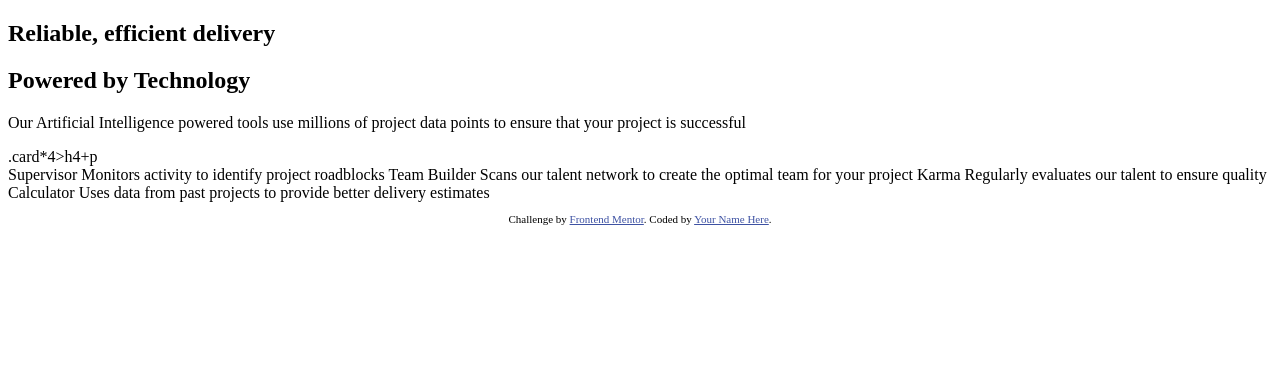
Repository: BuduCE/four-card-feature-section-master
Page: index.html
An editor plug-in stored every save of this project. The page is shown before and after a run of saves, followed by the edit.
The browser window is 1280 px wide. The pictures show the whole page.

Above is the page before, as saved 2023-06-01 21:27:16.

After the next 3 saves:
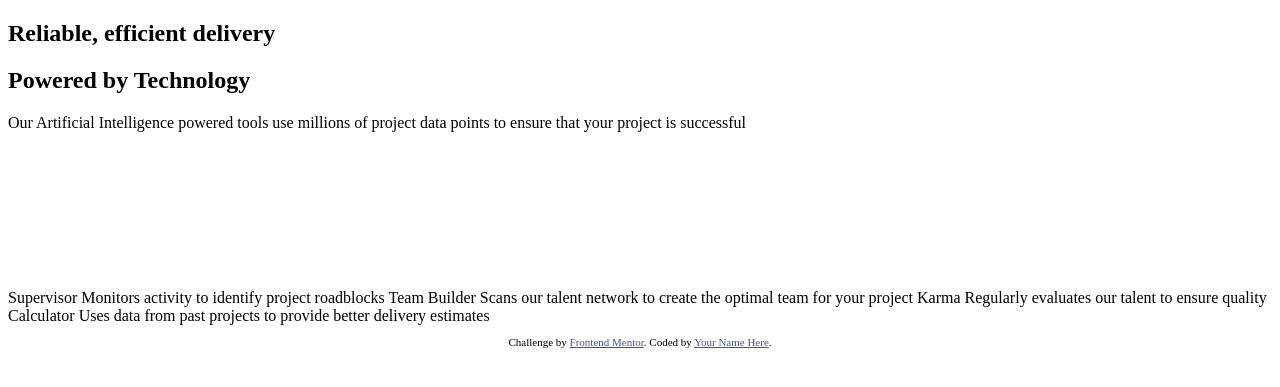
The 3 saves are shown as one change because they came seconds apart.
The last was saved 23 s later.
--- a/index.html
+++ b/index.html
@@ -23,7 +23,26 @@
 
   <div class="product_card">
     <div class="card_containers">
-      .card*4>h4+p
+      <div class="card">
+        <h4></h4>
+        <p></p>
+        <img src="" alt="">
+      </div>
+      <div class="card">
+        <h4></h4>
+        <p></p>
+        <img src="" alt="">
+      </div>
+      <div class="card">
+        <h4></h4>
+        <p></p>
+        <img src="" alt="">
+      </div>
+      <div class="card">
+        <h4></h4>
+        <p></p>
+        <img src="" alt="">
+      </div>
     </div>
     <div class="card_containers"></div>
     <div class="card_containers"></div>
